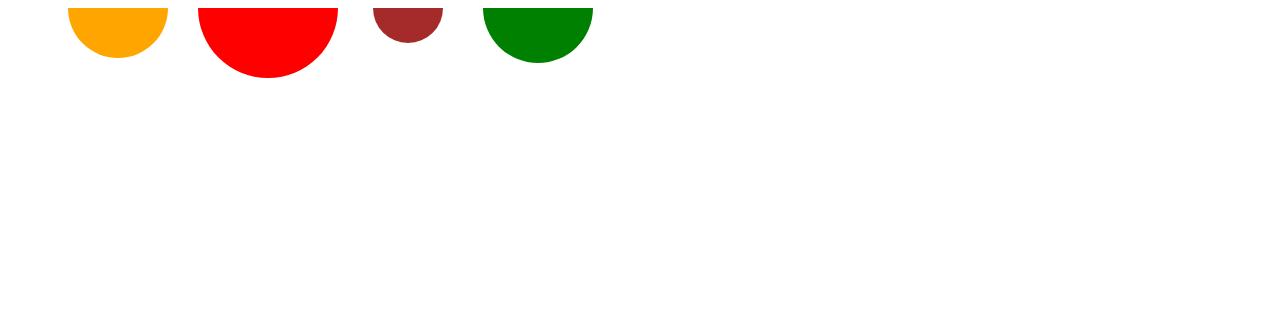
Repository: andiausrust/d3-aug-2020
Page: external_data/index.html
An editor plug-in stored every save of this project. The page is shown before and after the next save, followed by the edit.
The browser window is 1280 px wide. The pictures show the whole page.
Some web libraries are served in a nearby version.

Above is the page before, as saved 2020-08-21 15:08:41.

### external_data/index.html
<html lang="en">
    <head>
        <meta charset="UTF-8" />
        <meta name="viewport" content="width=device-width, initial-scale=1.0" />
        <meta http-equiv="X-UA-Compatible" content="ie=edge" />
        <title>SVG Basics</title>
    </head>
    <body>
        <div class="canvas">
            <svg width="600" height="600">
                <rect></rect>
            </svg>
        </div>

        <script src="https://cdnjs.cloudflare.com/ajax/libs/d3/5.7.0/d3.js"></script>
        <script src="index.js"></script>
    </body>
</html>

### external_data/index.js
const svg = d3.select('svg');

d3.json('data.json').then(data => {
    const circs = svg.selectAll('circle')
        .data(data);

    circs.attr('cy', 200)
        .attr('cx', d => d.distance)
        .attr('r', d => d.radius)
        .attr('fill', d => d.fill);

    circs.enter()
        .append('circle')
        .attr('cx', d => d.distance)
        .attr('r', d => d.radius)
        .attr('fill', d => d.fill);
})

### external_data/data.json
[
    {
        "radius": 50,
        "distance": 110,
        "fill": "orange"
    },
    {
        "radius": 70,
        "distance": 260,
        "fill": "red"
    },
    {
        "radius": 35,
        "distance": 400,
        "fill": "brown"
    },
    {
        "radius": 55,
        "distance": 530,
        "fill": "green"
    }
]

After the next save:
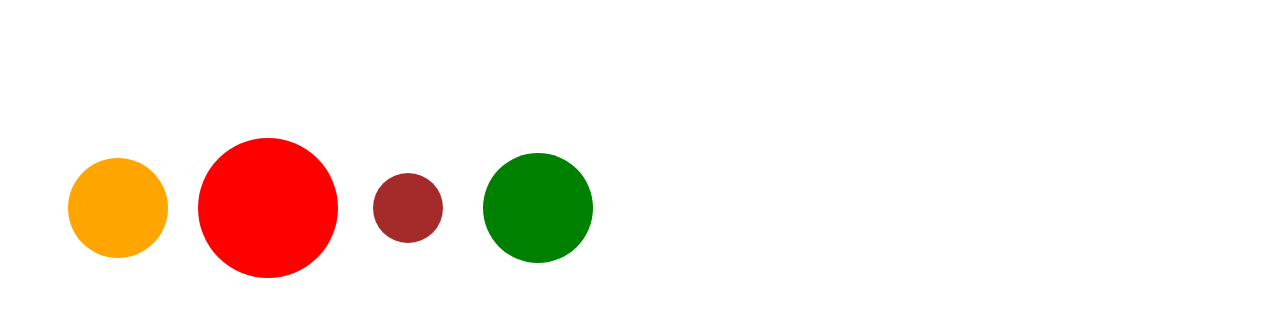
Saved 59 s later.
--- a/external_data/index.js
+++ b/external_data/index.js
@@ -11,6 +11,7 @@
 
     circs.enter()
         .append('circle')
+        .attr('cy', 200)
         .attr('cx', d => d.distance)
         .attr('r', d => d.radius)
         .attr('fill', d => d.fill);
